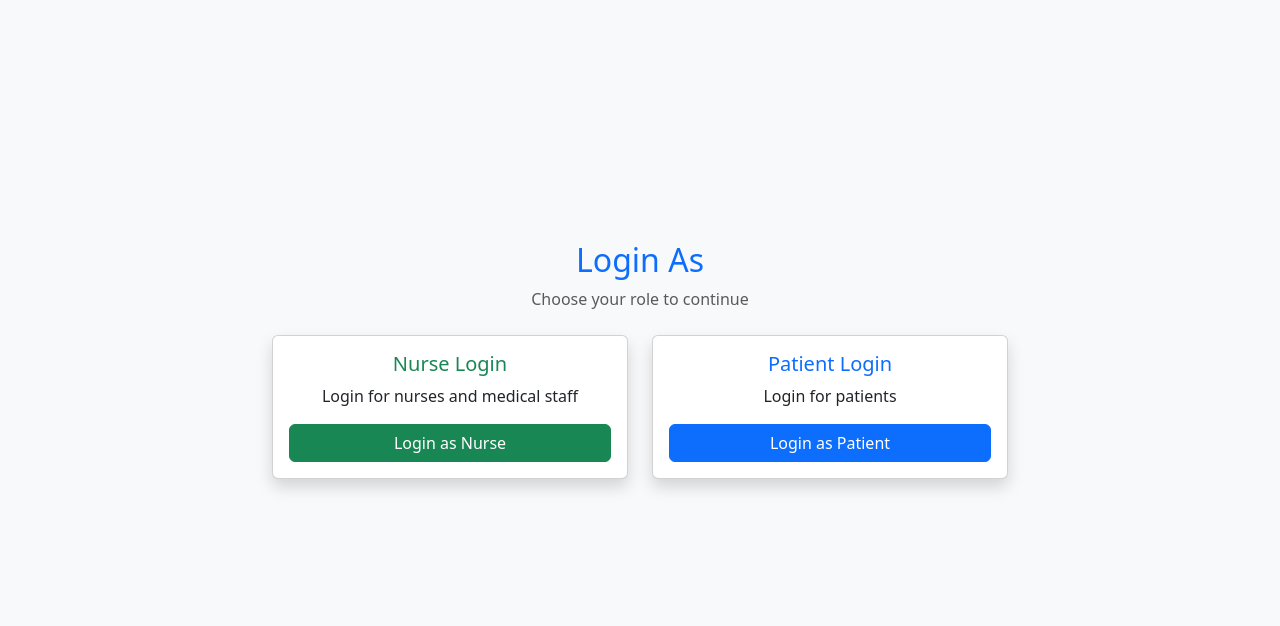
Repository: Rajasekaran0415/LifeCare-Management-System
Page: Project/login.html
An editor plug-in stored every save of this project. The page is shown before and after the next save, followed by the edit.
The browser window is 1280 px wide. The pictures show the whole page.

Above is the page before, as saved 2025-12-26 21:13:01.

### Project/login.html
<!DOCTYPE html>
<html lang="en">
<head>
  <meta charset="UTF-8">
  <title>Login Selection</title>


  <link href="https://cdn.jsdelivr.net/npm/bootstrap@5.3.3/dist/css/bootstrap.min.css" rel="stylesheet">
</head>

<body class="bg-light d-flex align-items-center" style="min-height:100vh;">

  <div class="container">
    <div class="text-center mb-4">
      <h2 class="text-primary">Login As</h2>
      <p class="text-muted">Choose your role to continue</p>
    </div>

    <div class="row justify-content-center g-4">


      <div class="col-md-4">
        <div class="card shadow text-center">
          <div class="card-body">
            <h5 class="card-title text-success">Nurse Login</h5>
            <p class="card-text">Login for nurses and medical staff</p>
            <a href="nurselogin.html" class="btn btn-success w-100">
              Login as Nurse
            </a>
          </div>
        </div>
      </div>

      <div class="col-md-4">
        <div class="card shadow text-center">
          <div class="card-body">
            <h5 class="card-title text-primary">Patient Login</h5>
            <p class="card-text">Login for patients</p>
            <a href="patientlogin.html" class="btn btn-primary w-100">
              Login as Patient
            </a>
          </div>
        </div>
      </div>

    </div>
  </div>

</body>
</html>

After the next save:
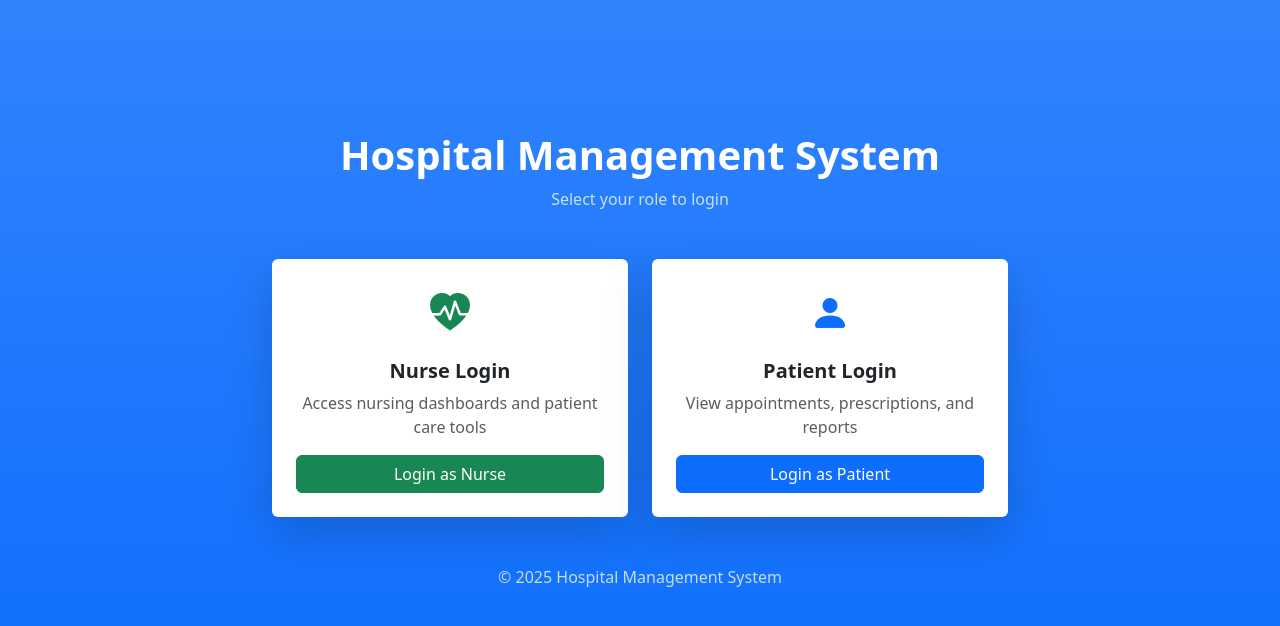
Saved 2 min 6 s later.
--- a/Project/login.html
+++ b/Project/login.html
@@ -4,26 +4,36 @@
   <meta charset="UTF-8">
   <title>Login Selection</title>
 
+  <!-- Bootstrap CSS -->
+  <link href="https://cdn.jsdelivr.net/npm/bootstrap@5.3.3/dist/css/bootstrap.min.css" rel="stylesheet">
 
-  <link href="https://cdn.jsdelivr.net/npm/bootstrap@5.3.3/dist/css/bootstrap.min.css" rel="stylesheet">
+  <!-- Bootstrap Icons -->
+  <link href="https://cdn.jsdelivr.net/npm/bootstrap-icons/font/bootstrap-icons.css" rel="stylesheet">
 </head>
 
-<body class="bg-light d-flex align-items-center" style="min-height:100vh;">
+<body class="bg-primary bg-gradient d-flex align-items-center" style="min-height:100vh;">
 
   <div class="container">
-    <div class="text-center mb-4">
-      <h2 class="text-primary">Login As</h2>
-      <p class="text-muted">Choose your role to continue</p>
+
+    <!-- Header -->
+    <div class="text-center text-white mb-5">
+      <h1 class="fw-bold">Hospital Management System</h1>
+      <p class="opacity-75">Select your role to login</p>
     </div>
 
     <div class="row justify-content-center g-4">
 
-
+      <!-- Nurse Card -->
       <div class="col-md-4">
-        <div class="card shadow text-center">
-          <div class="card-body">
-            <h5 class="card-title text-success">Nurse Login</h5>
-            <p class="card-text">Login for nurses and medical staff</p>
+        <div class="card shadow-lg border-0 text-center">
+          <div class="card-body p-4">
+            <div class="mb-3 text-success">
+              <i class="bi bi-heart-pulse-fill fs-1"></i>
+            </div>
+            <h5 class="card-title fw-bold">Nurse Login</h5>
+            <p class="card-text text-muted">
+              Access nursing dashboards and patient care tools
+            </p>
             <a href="nurselogin.html" class="btn btn-success w-100">
               Login as Nurse
             </a>
@@ -31,11 +41,17 @@
         </div>
       </div>
 
+      <!-- Patient Card -->
       <div class="col-md-4">
-        <div class="card shadow text-center">
-          <div class="card-body">
-            <h5 class="card-title text-primary">Patient Login</h5>
-            <p class="card-text">Login for patients</p>
+        <div class="card shadow-lg border-0 text-center">
+          <div class="card-body p-4">
+            <div class="mb-3 text-primary">
+              <i class="bi bi-person-fill fs-1"></i>
+            </div>
+            <h5 class="card-title fw-bold">Patient Login</h5>
+            <p class="card-text text-muted">
+              View appointments, prescriptions, and reports
+            </p>
             <a href="patientlogin.html" class="btn btn-primary w-100">
               Login as Patient
             </a>
@@ -44,6 +60,12 @@
       </div>
 
     </div>
+
+    <!-- Footer -->
+    <div class="text-center text-white mt-5 opacity-75">
+      © 2025 Hospital Management System
+    </div>
+
   </div>
 
 </body>
